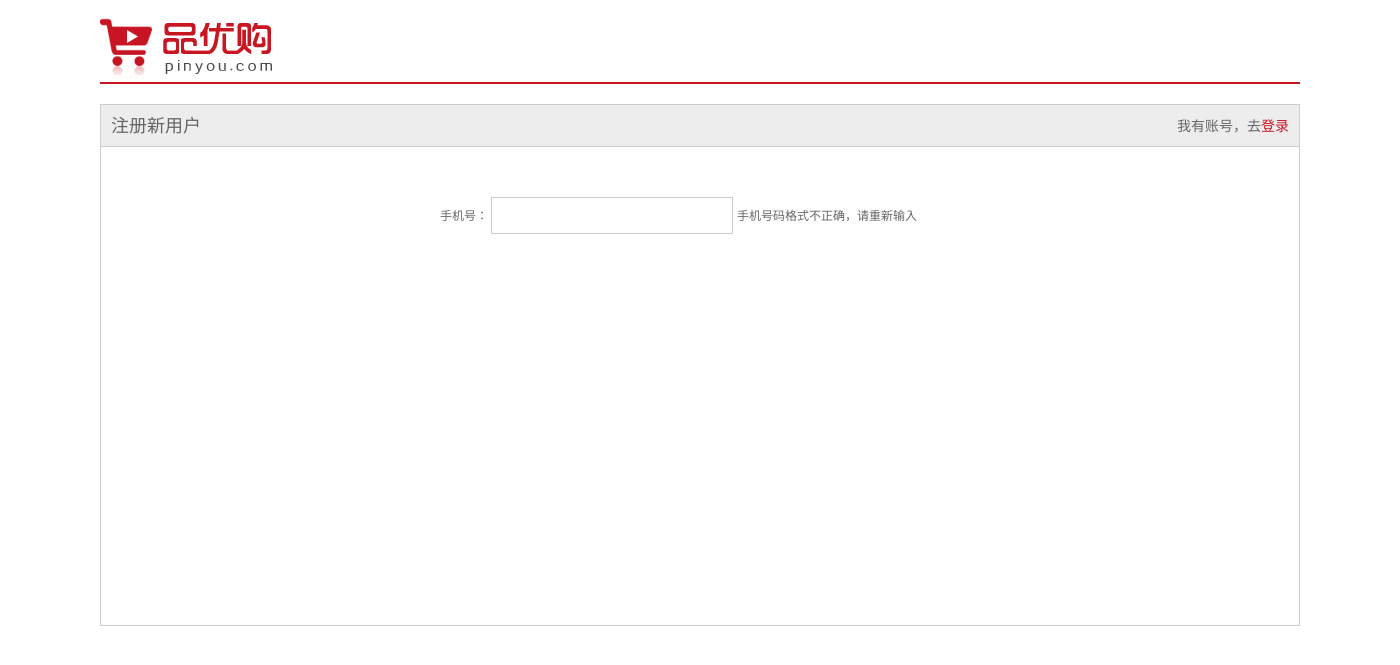
Repository: ywq0312/PinYouGou
Page: register.html
The author's editor kept a copy of each file at every save. The page is drawn from the files as they stood at one save, then again after the next save.
The browser window is 1280 px wide. The page is 1400 px wide, so the pictures cover 1400 px, including what lies to the right of the window. The pictures show the whole page.

Above is the page before, as saved 2021-06-28 13:39:12.

### register.html
<!DOCTYPE html>
<html lang="en">
<head>
    <meta charset="UTF-8">
    <meta http-equiv="X-UA-Compatible" content="IE=edge">
    <meta name="viewport" content="width=device-width, initial-scale=1.0">
    <title>个人注册</title>
    <!-- 引入网站favicon图标 -->
    <link rel="shortcut icon" href="pin.ico" />
    <!-- 引入初始化样式文件 -->
    <link rel="stylesheet" href="./css/base.css">
    <!-- 引入注册页面的css样式 -->
    <link rel="stylesheet" href="./css/register.css">
</head>
<body>
    <div class="w">
        <header>
            <div class="logo">
                <a href="index.html"><img src="./images/logo.png" alt=""></a>
            </div>
        </header>
        <div class="registerarea">
            <h3>注册新用户
                <div class="login">我有账号，去<a href="#">登录</a></div>
            </h3>
            <div class="reg-form">
                <ul>
                    <li><label for="">手机号：</label> <input type="text" name="" id=""> <span class="error">手机号码格式不正确，请重新输入</span></li>
                </ul>
            </div>
        </div>
        <footer>

        </footer>
    </div>
</body>
</html>

### css/base.css
/* 把我们所有标签的内外边距清零 */
* {
    margin: 0;
    padding: 0;
    /* css3盒子模型 */
    box-sizing: border-box;
}
/* em 和 i 斜体的文字不倾斜 */
em,
i {
    font-style: normal;
}
/* 去掉li 的小圆点 */
li {
    list-style: none;
}

img {
    /* border 0 照顾低版本浏览器 如果 图片外面包含了链接会有边框的问题 */
    border: 0;
    /* 取消图片底侧有空白缝隙的问题 */
    vertical-align: middle;
}

button {
    /* 当我们鼠标经过button 按钮的时候，鼠标变成小手 */
    cursor: pointer;
}

a {
    color: #666;
    text-decoration: none;
}

a:hover {
    color: #c81623;
}

button,
input {
    /* "\5B8B\4F53" 就是宋体的意思 这样浏览器兼容性比较好 */
    font-family: Microsoft YaHei, Heiti SC, tahoma, arial, Hiragino Sans GB, "\5B8B\4F53", sans-serif;
    /* 默认有灰色边框 需要我们手动去掉 */
    border: 0;
    /* 去掉点击后的蓝色边框 */
    outline: none;
}

body {
    /* CSS3 抗锯齿形 让文字显示的更加清晰 */
    -webkit-font-smoothing: antialiased;
    background-color: #fff;
    font: 12px/1.5 Microsoft YaHei, Heiti SC, tahoma, arial, Hiragino Sans GB, "\5B8B\4F53", sans-serif;
    color: #666;
    min-width: 1400px;
}

.hide,
.none {
    display: none;
}
/* 清除浮动 */
.clearfix:after {
    visibility: hidden;
    clear: both;
    display: block;
    content: ".";
    height: 0;
}

.clearfix {
    *zoom: 1;
}

### css/register.css
/* 注册页面样式 */
.w{
    width: 1200px;
    margin: 0 auto;
}
header{
    height: 84px;
    border-bottom: 2px solid #c81523;
}
header .logo{
    /* 用margin-top会有外边距塌陷问题（因为外面一个大盒子，里面又放了一个小盒子），可以用padding */
    padding-top: 18px;
}
.registerarea{
    height: 522px;
    border: 1px solid #ccc;
    margin-top: 20px;
}
.registerarea h3{
    height: 42px;
    border-bottom: 1px solid #ccc;
    background-color: #ededed;
    line-height: 42px;
    padding: 0 10px;
    font-size: 18px;
    font-weight: 400;
}
.login{
    float: right;
    font-size: 14px;
}
.login a {
    color: #c81523;
}
.reg-form{
    width: 600px;
    margin: 50px auto 0;
}
.reg-form ul li label{
    display: inline-block;
    width: 88px;
    text-align: right;
}
.reg-form ul li input{
    width: 242px;
    height: 37px;
    border: 1px solid #ccc;
}

After the next save:
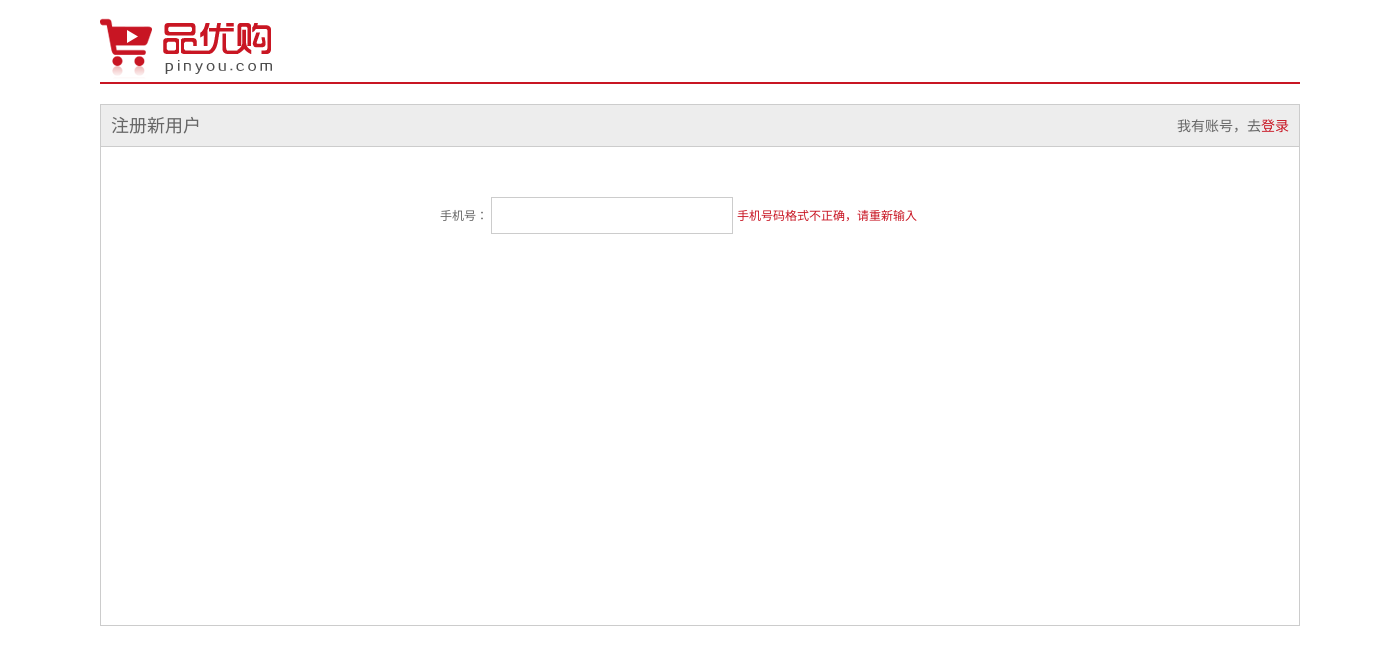
Saved 10 s later.
--- a/css/register.css
+++ b/css/register.css
@@ -46,3 +46,6 @@
     height: 37px;
     border: 1px solid #ccc;
 }
+.error{
+    color: #c81523;
+}
